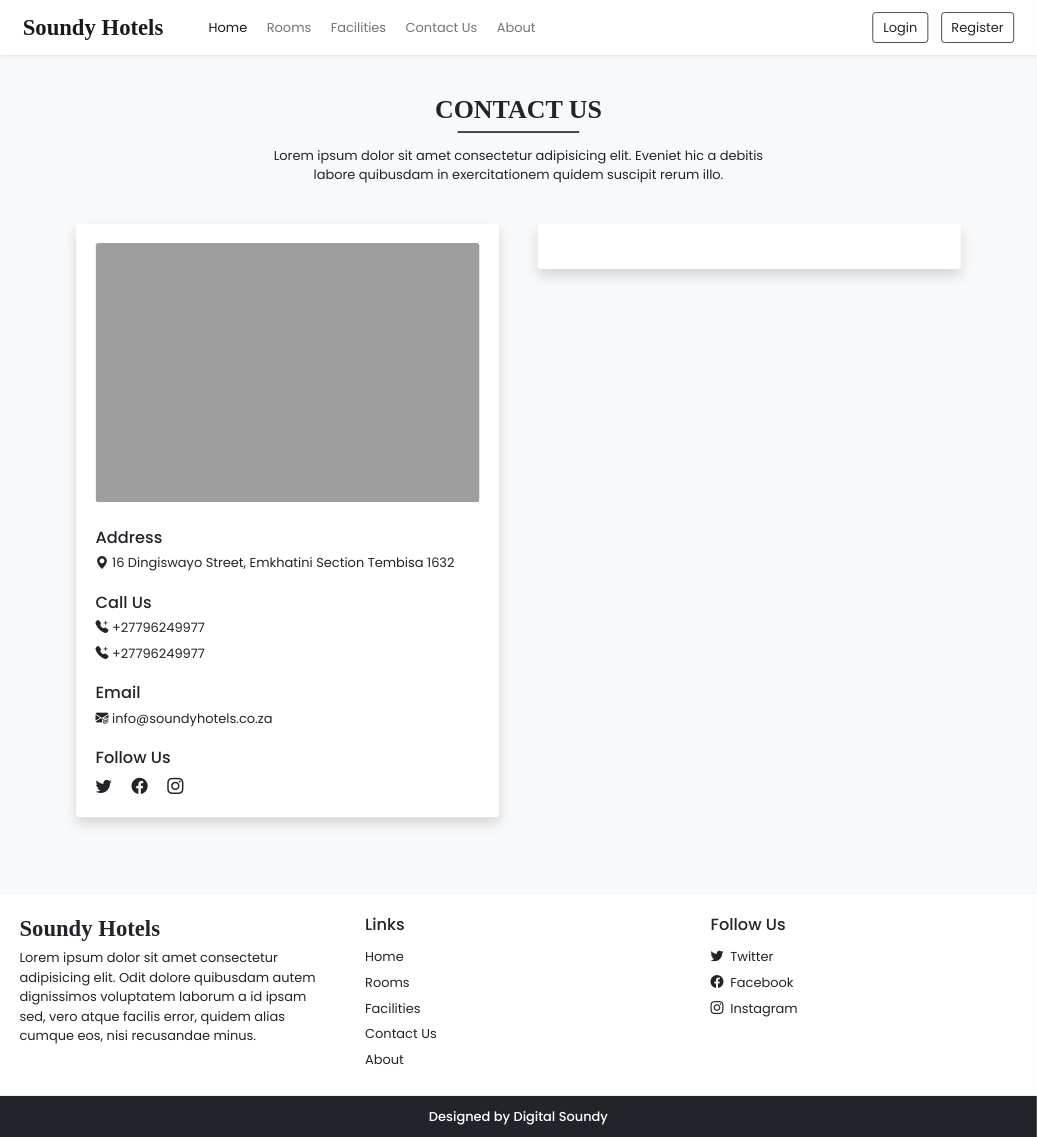
Repository: spencersoundy/Hotel-Booking-App
Page: http://localhost/contact.php
These files come from the project's save history. The page is drawn as it stood at one moment and after the next save; the edit follows.
The browser window is 1280 px wide. The pictures show the whole page, at 81% of full size.
Pictures or frames that could not be fetched are drawn as grey boxes. Some web fonts or font styles are not loaded; a fallback is used. The page is run by PHP 8.4 with error messages shown; the project is at /var/www/html/.

Above is the page before, as saved 2023-08-04 23:56:18.

### contact.php
<!DOCTYPE html>
<html lang="en">
<head>
    <meta charset="UTF-8">
    <meta http-equiv="X-UA-Compatible" content="IE=edge">
    <meta name="viewport" content="width=device-width, initial-scale=1.0">
    <title>Soundy Hotels - CONTACT</title>
    <?php require('inc/links.php') ?>
</head>
<body class="bg-light">

<?php require('inc/header.php') ?>

<div class="my-5 px-4">
    <h2 class="fw-bold h-font text-center">CONTACT US</h2>
    <div class="h-line bg-dark"></div>
    <p class="text-center mt-3">
        Lorem ipsum dolor sit amet consectetur adipisicing elit.
        Eveniet hic a debitis <br> labore quibusdam in exercitationem
        quidem suscipit rerum illo.
    </p>
</div>

<div class="container">
    <div class="row">
        <div class="col-lg-6 col-md-6 mb-5 px-4">
            <div class="bg-white rounded shadow p-4">
                <iframe class="w-100 rounded mb-4" height="320px" src="https://www.google.com/maps/embed?pb=!1m18!1m12!1m3!1d3585.708810342345!2d28.2120409827257!3d-26.010354497291896!2m3!1f0!2f0!3f0!3m2!1i1024!2i768!4f13.1!3m3!1m2!1s0x1e956bf2ad5976c9%3A0x6f9e0753eef116a!2s16%20Dingiswayo%20St%2C%20Emkantini%2C%20Tembisa%2C%201632!5e0!3m2!1sen!2sza!4v1691170736196!5m2!1sen!2sza" loading="lazy"></iframe>

                    <h5>Address</h5>
                <a href="https://goo.gl/maps/Av7G3xEeVXWeW6kQ6" target="_blank" class="d-line-block text-decoration-none text-dark mb-2">
                <i class="bi bi-geo-alt-fill"></i> 16 Dingiswayo Street, Emkhatini Section Tembisa 1632
                </a>

                <h5 class="mt-4">Call Us</h5>
                <a href="Tell: +27796249977" class="d-inline-block mb-2 text-decoration-none text-dark">
                    <i class="bi bi-telephone-plus-fill"></i> +27796249977
                </a>
                <br>
                <a href="Tell: +27796249977" class="d-inline-block text-decoration-none text-dark">
                    <i class="bi bi-telephone-plus-fill"></i> +27796249977
                </a>

                <h5 class="mt-4">Email</h5>
                <a href="mailto: info@soundyhotels.co.za" class="d-inline-block text-decoration-none text-dark">
                    <i class="bi bi-envelope-at-fill"></i> info@soundyhotels.co.za
                </a>

                <h5 class="mt-4">Follow Us</h5>
                <a href="#" class="d-inline-block text-dark fs-5 me-3">
                        <i class="bi bi-twitter me-1"></i>
                </a>
                <a href="#" class="d-inline-block text-dark fs-5 me-3">
                        <i class="bi bi-facebook me-1"></i>
                </a>
                <a href="#" class="d-inline-block">
                        <i class="bi bi-instagram me-1 text-dark fs-5"></i>
                </a>
            </div>
        </div>
        <div class="col-lg-6 col-md-6 px-4">
            <div class="bg-white rounded shadow p-4">
                <form>
                    <h5></h5>
                </form>
            </div>
        </div>
    </div>
</div>

<?php require('inc/footer.php')?>

</body>
</html>

### inc/links.php
<link href="https://cdn.jsdelivr.net/npm/bootstrap@5.0.2/dist/css/bootstrap.min.css" rel="stylesheet" integrity="sha384-EVSTQN3/azprG1Anm3QDgpJLIm9Nao0Yz1ztcQTwFspd3yD65VohhpuuCOmLASjC" crossorigin="anonymous">
<link href="https://fonts.googleapis.com/css2?family=Merienda:wght@400;700&family=Poppins:wght@400;500;600&display=swap" rel="stylesheet">
<link rel="stylesheet" href="https://cdn.jsdelivr.net/npm/bootstrap-icons@1.10.5/font/bootstrap-icons.css">
<link rel="stylesheet" href="css/common.css"/>

### inc/header.php
<nav class="navbar navbar-expand-lg navbar-light bg-white px-lg-3 py-lg-2 shadow-sm sticky-top">
    <div class="container-fluid">
        <a class="navbar-brand me-5 fw-bold fs-3 h-font" href="index.php">Soundy Hotels</a>
        <button class="navbar-toggler shadow-none" type="button" data-bs-toggle="collapse" data-bs-target="#navbarSupportedContent" aria-controls="navbarSupportedContent" aria-expanded="false" aria-label="Toggle navigation">
        <span class="navbar-toggler-icon"></span>
        </button>
        <div class="collapse navbar-collapse" id="navbarSupportedContent">
        <ul class="navbar-nav me-auto mb-2 mb-lg-0">
            <li class="nav-item">
            <a class="nav-link active me-2" aria-current="page" href="index.php">Home</a>
            </li>
            <li class="nav-item">
            <a class="nav-link me-2" href="#">Rooms</a>
            </li>
            <li class="nav-item">
            <a class="nav-link me-2" href="facilities.php">Facilities</a>
            </li><li class="nav-item">
            <a class="nav-link me-2" href="contact.php">Contact Us</a>
            </li><li class="nav-item">
            <a class="nav-link" href="about.php">About</a>
            </li>
        </ul>
        <div class="d-flex">
            <button type="button" class="btn btn-outline-dark shadow-none me-lg-3 me-2" data-bs-toggle="modal" data-bs-target="#loginModal">
                Login
            </button>
            <button type="button" class="btn btn-outline-dark shadow-none" data-bs-toggle="modal" data-bs-target="#registerModal">
                Register
            </button>
        </div>
        </div>
    </div>
    </nav>

    <div class="modal fade" id="loginModal" data-bs-backdrop="static" data-bs-keyboard="false" tabindex="-1" aria-labelledby="staticBackdropLabel" aria-hidden="true">
        <div class="modal-dialog">
            <div class="modal-content">
                <form>
                    <div class="modal-header">
                        <h5 class="modal-title d-flex align-items-center">
                            <i class="bi bi-person-circle fs-3 me-2"></i> User Login
                        </h5>
                        <button type="reset" class="btn-close shadow-none" data-bs-dismiss="modal" aria-label="Close"></button>
                    </div>
                    <div class="modal-body">
                    <div class="mb-3">
                        <label class="form-label">Email address</label>
                        <input type="email" class="form-control shadow-none">
                    </div>
                    <div class="mb-4">
                        <label class="form-label">Password</label>
                        <input type="password" class="form-control shadow-none">
                    </div>
                        <div class="d-flex align-items-center justify-content-between mb-2">
                            <button type="submit" class="btn btn-dark shadow-none">LOGIN</button>
                            <a href="javascript: void(0)" class="text-secondary text-decoration-none">Forgot Password?</a>
                        </div>
                    </div>
                </form>
            </div>
        </div>
    </div>

    <div class="modal fade" id="registerModal" data-bs-backdrop="static" data-bs-keyboard="false" tabindex="-1" aria-labelledby="staticBackdropLabel" aria-hidden="true">
        <div class="modal-dialog modal-lg">
            <div class="modal-content">
                <form>
            <div class="modal-header">
                <h5 class="modal-title d-fle align-items-center">
                    <i class="bi bi-person-lines-fill fs-3 me-2"></i> User Registration
                </h5>
                <button type="reset" class="btn-close shadow-none" data-bs-dismiss="modal" aria-label="Close"></button>
            </div>
            <div class="modal-body">
                <span class="badge rounded-pill bg-light text-dark mb-3 text-wrap lh-base">
                    Note: Your details must match with your ID (ID book/card, passport, drivers license, etc.)
                    that will be required during check-in.
                </span>
                <div class="container-fluid">
                    <div class="row">
                        <div class="col-md-6 ps-0 mb-3">
                            <label class="form-label">Name</label>
                            <input type="text" class="form-control shadow-none">
                        </div>
                        <div class="col-md-6 p-0 mb-3">
                            <label class="form-label">Email</label>
                            <input type="email" class="form-control shadow-none">
                        </div>
                        <div class="col-md-6 ps-0 mb-3">
                            <label class="form-label">Phone Number</label>
                            <input type="number" class="form-control shadow-none">
                        </div>
                        <div class="col-md-6 p-0 mb-3">
                            <label class="form-label">Picture</label>
                            <input type="file" class="form-control shadow-none">
                        </div>
                        <div class="col-md-12 p-0 mb-3">
                            <label class="form-label">Address</label>
                            <textarea class="form-control shadow-none" rows="1"></textarea>
                        </div>
                        <div class="col-md-6 ps-0 mb-3">
                            <label class="form-label">Pincode</label>
                            <input type="number" class="form-control shadow-none">
                        </div>
                        <div class="col-md-6 p-0 mb-3">
                            <label class="form-label">Date of birth</label>
                            <input type="date" class="form-control shadow-none">
                        </div>
                        <div class="col-md-6 ps-0 mb-3">
                            <label class="form-label">Password</label>
                            <input type="password" class="form-control shadow-none">
                        </div>
                        <div class="col-md-6 p-0 mb-3">
                            <label class="form-label">Confirm Password</label>
                            <input type="password" class="form-control shadow-none">
                        </div>
                    </div>
                </div>
                <div class="text-center my-1">
                    <button type="submit" class="btn btn-dark shadow-none">REGISTER</button>
                </div>
            </div>
            </form>
            </div>
  </div>
</div>

### inc/footer.php
<div class="container-fluid bg-white mt-5">

        <div class="row">
            <div class="col-lg-4 p-4">
                <h3 class="h-font fw-bold fs-3 mb-2">Soundy Hotels</h3>
                <p>
                    Lorem ipsum dolor sit amet consectetur adipisicing elit.
                    Odit dolore quibusdam autem dignissimos voluptatem laborum a id ipsam sed,
                    vero atque facilis error, quidem alias cumque eos, nisi recusandae minus.
                </p>
            </div>
            <div class="col-lg-4 p-4">
                <h5 class="mb-3">Links</h5>
                <a href="#" class="d-inline-block mb-2 text-dark text-decoration-none">Home</a><br>
                <a href="#" class="d-inline-block mb-2 text-dark text-decoration-none">Rooms</a><br>
                <a href="#" class="d-inline-block mb-2 text-dark text-decoration-none">Facilities</a><br>
                <a href="#" class="d-inline-block mb-2 text-dark text-decoration-none">Contact Us</a><br>
                <a href="#" class="d-inline-block mb-2 text-dark text-decoration-none">About</a>
            </div>
            <div class="col-lg-4 p-4">
                <h5 class="mb-3">Follow Us</h5>
                <a href="#" class="d-inline-block text-dark text-decoration-none mb-2">
                    <i class="bi bi-twitter me-1"></i> Twitter
                </a><br>
                <a href="#" class="d-inline-block text-dark text-decoration-none mb-2">
                    <i class="bi bi-facebook me-1"></i> Facebook
                </a><br>
                <a href="#" class="d-inline-block text-dark text-decoration-none">
                    <i class="bi bi-instagram me-1"></i> Instagram
                </a><br>
            </div>
        </div>
    </div>
</div>

    <h6 class="text-center bg-dark text-white p-3 m-0">Designed by Digital Soundy</h6>

    <script src="https://cdn.jsdelivr.net/npm/bootstrap@5.0.2/dist/js/bootstrap.bundle.min.js" integrity="sha384-MrcW6ZMFYlzcLA8Nl+NtUVF0sA7MsXsP1UyJoMp4YLEuNSfAP+JcXn/tWtIaxVXM" crossorigin="anonymous"></script>

### css/common.css
:root{
    --teal: #2ec1ac;
    --teal_hover: #279e8c;
}

*{
    font-family: 'Poppins', sans-serif;
}
.h-font{
    font-family: 'Merienda', cursive;
}

input::-webkit-outer-spin-button,
input::-webkit-inner-spin-button {
-webkit-appearance: none;
margin: 0;
}

input[type=number] {
-moz-appearance: textfield;
}

.custom-bg{
    background-color: var(--teal);
    border: 1px solid var(--teal);
}
.custom-bg:hover{
    background-color: var(--teal_hover);
    border-color: var(--teal_hover);
}

.h-line{
    width: 150px;
    margin: 0 auto;
    height: 1.7px;
}

After the next save:
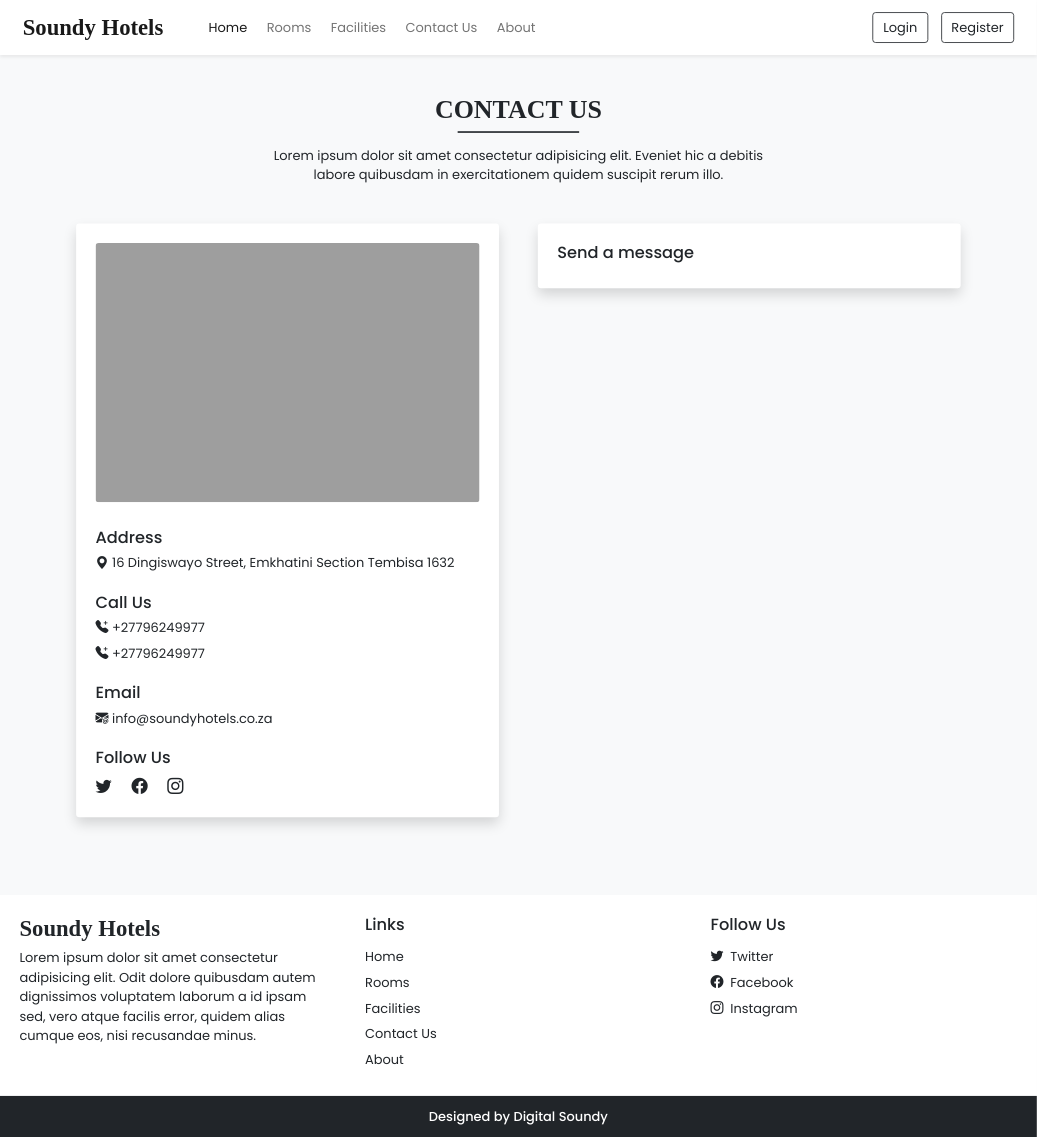
Saved 6 s later.
--- a/contact.php
+++ b/contact.php
@@ -61,7 +61,7 @@
         <div class="col-lg-6 col-md-6 px-4">
             <div class="bg-white rounded shadow p-4">
                 <form>
-                    <h5></h5>
+                    <h5>Send a message</h5>
                 </form>
             </div>
         </div>
